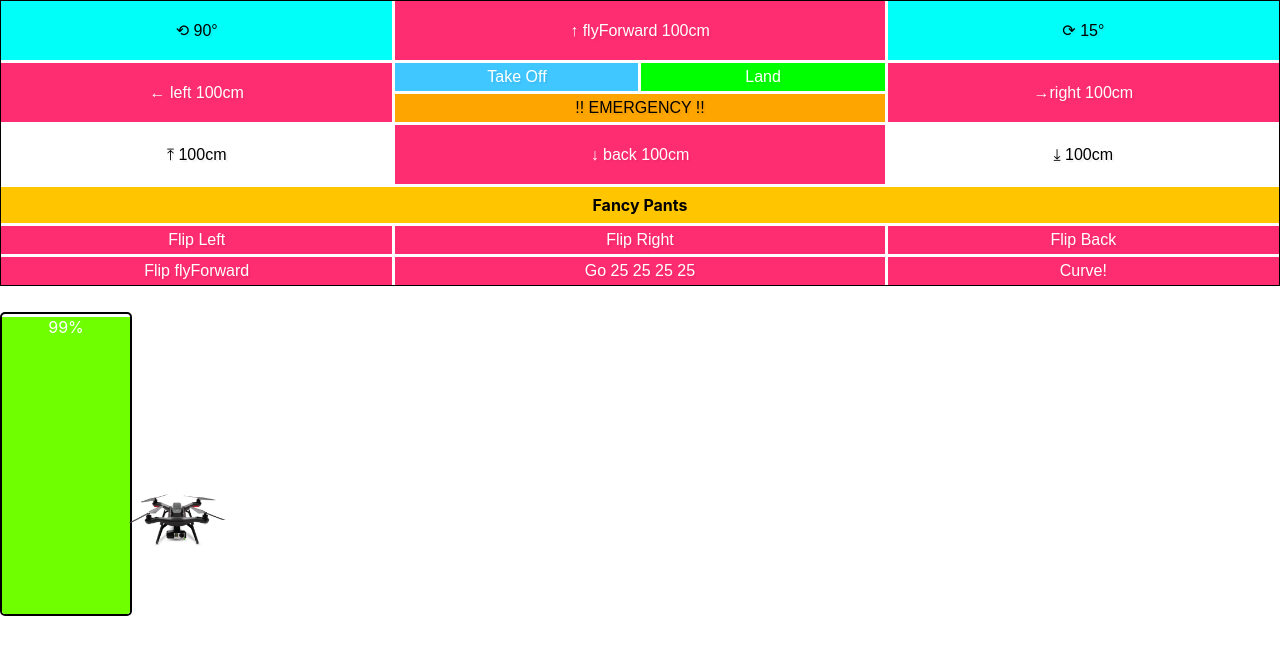
Repository: JivkoJelev91/Drone-Simulator
Page: /
An editor plug-in stored every save of this project. The page is shown before and after the next save, followed by the edit.
The browser window is 1280 px wide. The pictures show the whole page.
The project was rebuilt for these pictures with package versions that can differ from the ones it lists, and the page was loaded fresh each time.

Above is the page before, as saved 2018-12-21 15:25:17.

After the next save:
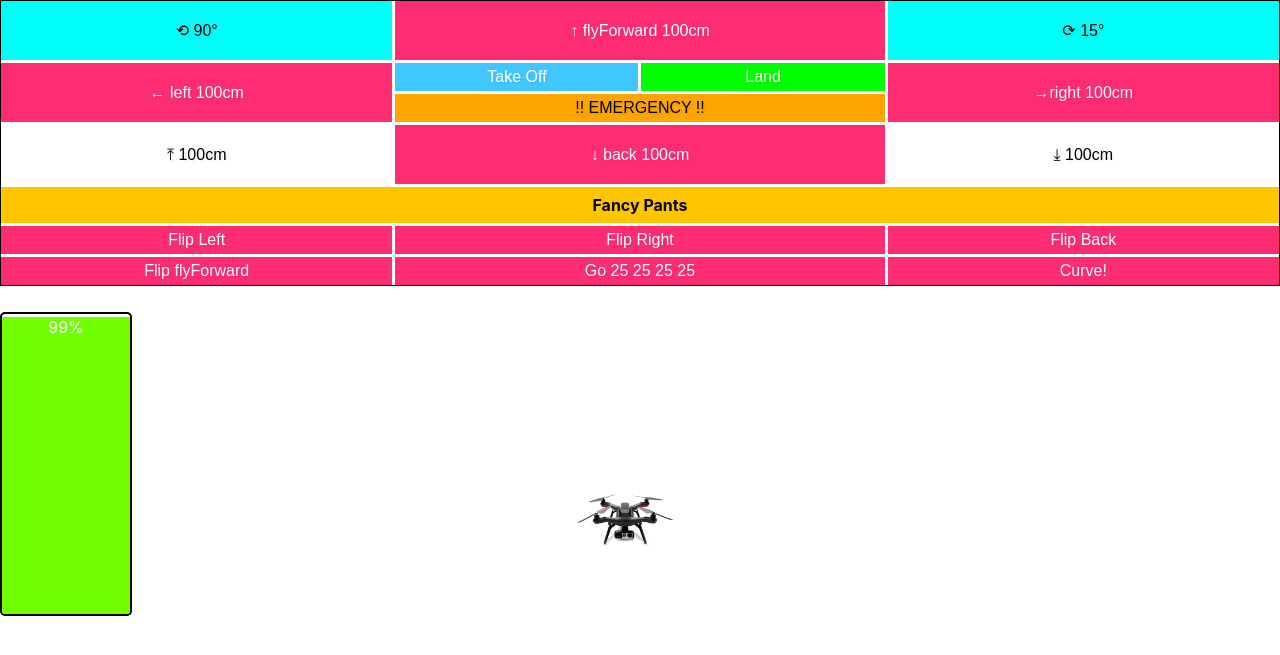
Saved 2 min 14 s later.
--- a/src/Buttons/Buttons.js
+++ b/src/Buttons/Buttons.js
@@ -9,7 +9,7 @@
     this.counter = 0;
     this.state = {
       forward: 20,
-      left:10,
+      left:45,
       right:0,
       isActive: true,
     }
@@ -32,7 +32,7 @@
 
   left = () => {
     this.setState({
-      left: 40,
+      left: 0,
       isActive: false
     })
   }
